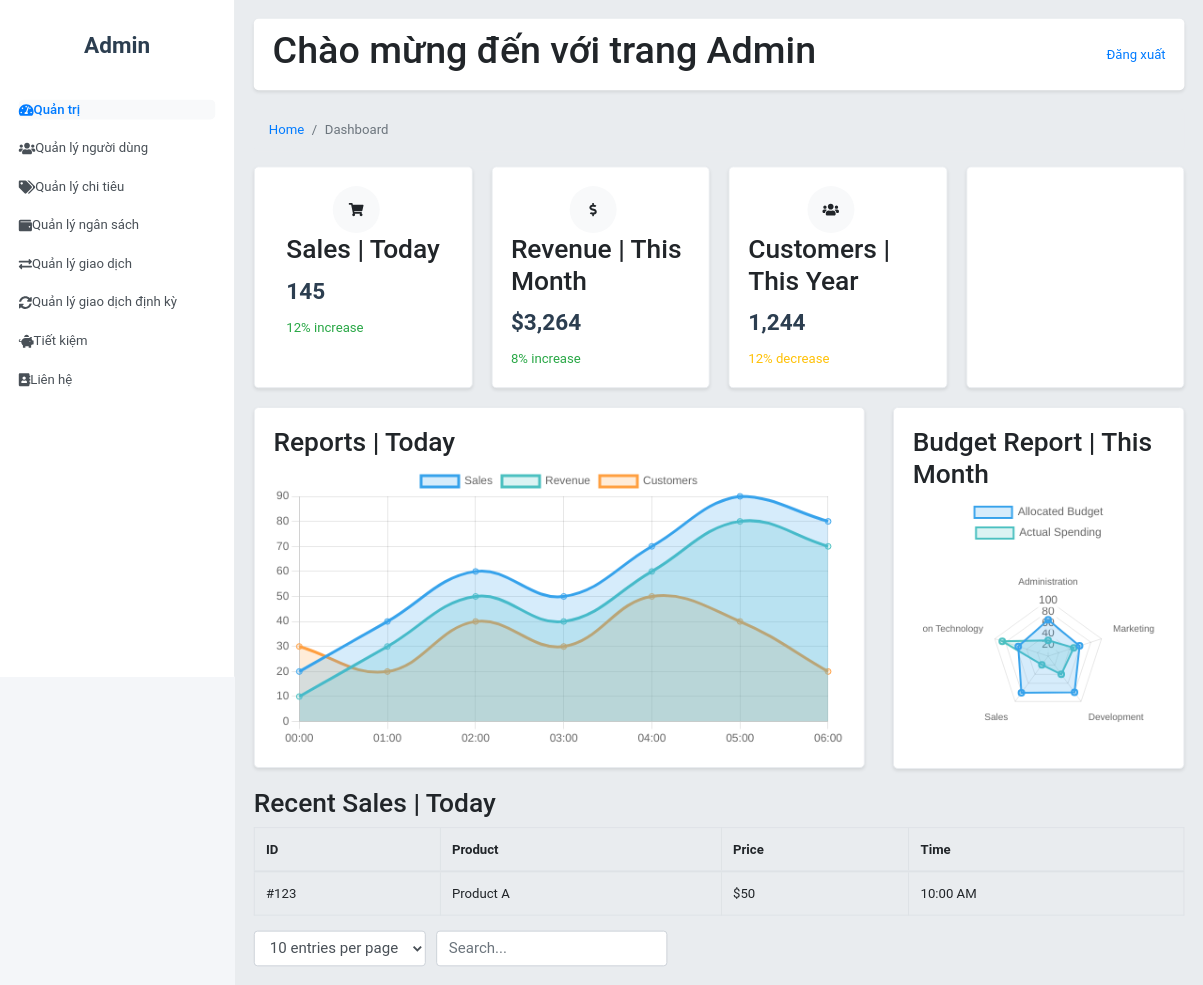
Repository: PhanVanHoa051204/Project3
Page: http://localhost/Project3/dashboard.jsp
These files come from the project's save history. The page is drawn as it stood at one moment and after the next save; the edit follows.
The browser window is 1280 px wide. The pictures show the whole page, at 94% of full size.
The page is served by Tomcat 9. Other server files are loaded and not shown.

Above is the page before, as saved 2025-03-14 18:38:38.

### PhanVanHoa_2210900023_K22CNT1/Project3/src/main/webapp/dashboard.jsp
<%@ page language="java" contentType="text/html; charset=UTF-8"
	pageEncoding="UTF-8"%>
<!DOCTYPE html>
<html lang="en">
<head>
<meta charset="UTF-8">
<meta name="viewport" content="width=device-width, initial-scale=1.0">
<title>Admin</title>
<link rel="stylesheet"
	href="https://cdn.jsdelivr.net/npm/bootstrap@4.5.3/dist/css/bootstrap.min.css">
<script src="https://cdn.jsdelivr.net/npm/chart.js"></script>
<script
	src="https://cdnjs.cloudflare.com/ajax/libs/font-awesome/5.15.4/js/all.min.js"></script>
<link rel="stylesheet" href="style.css">
<script src="https://cdn.jsdelivr.net/npm/chart.js"></script>
</head>
<body>
	<div class="container-fluid">
		<div class="row">
			<!-- Sidebar -->
			<div class="sidebar">
				<div class="logo">Admin</div>
				<ul>
					<li class="active"><a href="#"><i
							class="fas fa-tachometer-alt"></i> Quản trị</a></li>
					<li><a
						href="${pageContext.request.contextPath}/NguoiDung/users.jsp"><i
							class="fas fa-users"></i> Quản lý người dùng</a></li>
					<li><a
						href="${pageContext.request.contextPath}/ChiTieu/categories.jsp"><i
							class="fas fa-tags"></i> Quản lý chi tiêu</a></li>
					<li><a
						href="${pageContext.request.contextPath}/NganSach/budgets.jsp"><i
							class="fas fa-wallet"></i> Quản lý ngân sách</a></li>
					<li><a
						href="${pageContext.request.contextPath}/GiaoDich/transactions.jsp"><i
							class="fas fa-exchange-alt"></i> Quản lý giao dịch</a></li>
					<li><a
						href="${pageContext.request.contextPath}/GDDinhKy/recurringtransactions.jsp"><i
							class="fas fa-sync-alt"></i> Quản lý giao dịch định kỳ</a></li>
					<li><a
						href="${pageContext.request.contextPath}/TietKiem/goals.jsp"><i
							class="fas fa-piggy-bank"></i> Tiết kiệm</a></li>
					<li><a href="https://web.facebook.com/PhanHoa05122004"><i
							class="fas fa-address-book"></i> Liên hệ</a></li>
				</ul>
			</div>

			<!-- Main Content -->
			<div class="main-content">
				<header>
					<div class="">
						<h1>Chào mừng đến với trang Admin</h1>
					</div>
					<div class="submit-section">
						<a href="login.jsp" class="logout-btn">Đăng xuất</a>
					</div>
				</header>

				<!-- Dashboard Content -->
				<div class="dashboard-content">
					<nav aria-label="breadcrumb">
						<ol class="breadcrumb">
							<li class="breadcrumb-item"><a href="dashboard.jsp">Home</a></li>
							<li class="breadcrumb-item active" aria-current="page">Dashboard</li>
						</ol>
					</nav>

					<div class="cards">
						<div class="card stats-card">
							<div class="card-icon">
								<i class="fas fa-shopping-cart"></i>
							</div>
							<div class="card-content">
								<h3>Sales | Today</h3>
								<p class="stats-value">145</p>
								<span class="stats-change text-success">12% increase</span>
							</div>
						</div>
						<div class="card stats-card">
							<div class="card-icon">
								<i class="fas fa-dollar-sign"></i>
							</div>
							<div class="card-content">
								<h3>Revenue | This Month</h3>
								<p class="stats-value">$3,264</p>
								<span class="stats-change text-success">8% increase</span>
							</div>
						</div>
						<div class="card stats-card">
							<div class="card-icon">
								<i class="fas fa-users"></i>
							</div>
							<div class="card-content">
								<h3>Customers | This Year</h3>
								<p class="stats-value">1,244</p>
								<span class="stats-change text-warning">12% decrease</span>
							</div>
						</div>
						<div class="card stats-card">
							<div class="card-content">
								<!-- <h3>Recent Activity | Today</h3>
								<ul class="activity-list">
									<li><span class="dot green"></span>32 min - Quia quaerere
										rem explicabo officiis beatae</li>
									<li><span class="dot red"></span>56 min - Voluptatem
										blanditiis blanditiis eveniet</li>
									<li><span class="dot blue"></span>2 hrs - Voluptates
										corrupti molestias voluptatem</li>
									<li><span class="dot yellow"></span>1 day - Tempore autem
										saepe occaecati voluptatem tempore</li>
									<li><span class="dot grey"></span>4 weeks - Dicta dolorem
										harum nulla eius. Ut quidem quidem sit</li>
								</ul> -->
							</div>
						</div>
					</div>

					<div class="row">
						<div class="col-md-8">
							<div class="chart-section">
								<h3>Reports | Today</h3>
								<canvas id="reportsChart"></canvas>
							</div>
						</div>
						<div class="col-md-4">
							<div class="budget-report">
								<h3>Budget Report | This Month</h3>
								<canvas id="budgetChart"></canvas>
							</div>
						</div>
					</div>

					<div class="recent-sales">
						<h3>Recent Sales | Today</h3>
						<table class="table table-bordered">
							<thead>
								<tr>
									<th>ID</th>
									<th>Product</th>
									<th>Price</th>
									<th>Time</th>
								</tr>
							</thead>
							<tbody>
								<tr>
									<td>#123</td>
									<td>Product A</td>
									<td>$50</td>
									<td>10:00 AM</td>
								</tr>
							</tbody>
						</table>
						<div class="table-footer">
							<select class="form-control d-inline-block w-auto">
								<option>10 entries per page</option>
							</select> <input type="text"
								class="form-control d-inline-block w-auto ml-2"
								placeholder="Search...">
						</div>
					</div>
				</div>
			</div>
		</div>
	</div>

	<!-- Scripts -->
	<script>
		// Reports Chart
		const reportsCtx = document.getElementById('reportsChart').getContext(
				'2d');
		new Chart(reportsCtx, {
			type : 'line',
			data : {
				labels : [ '00:00', '01:00', '02:00', '03:00', '04:00',
						'05:00', '06:00' ],
				datasets : [ {
					label : 'Sales',
					data : [ 20, 40, 60, 50, 70, 90, 80 ],
					borderColor : 'rgba(54, 162, 235, 1)',
					backgroundColor : 'rgba(54, 162, 235, 0.2)',
					fill : true,
					tension : 0.4
				}, {
					label : 'Revenue',
					data : [ 10, 30, 50, 40, 60, 80, 70 ],
					borderColor : 'rgba(75, 192, 192, 1)',
					backgroundColor : 'rgba(75, 192, 192, 0.2)',
					fill : true,
					tension : 0.4
				}, {
					label : 'Customers',
					data : [ 30, 20, 40, 30, 50, 40, 20 ],
					borderColor : 'rgba(255, 159, 64, 1)',
					backgroundColor : 'rgba(255, 159, 64, 0.2)',
					fill : true,
					tension : 0.4
				} ]
			},
			options : {
				scales : {
					y : {
						beginAtZero : true
					}
				}
			}
		});

		// Budget Chart (Radar Chart)
		const budgetCtx = document.getElementById('budgetChart').getContext(
				'2d');
		new Chart(budgetCtx, {
			type : 'radar',
			data : {
				labels : [ 'Administration', 'Marketing', 'Development',
						'Sales', 'on Technology' ],
				datasets : [ {
					label : 'Allocated Budget',
					data : [ 65, 59, 80, 81, 56 ],
					backgroundColor : 'rgba(54, 162, 235, 0.2)',
					borderColor : 'rgba(54, 162, 235, 1)',
					borderWidth : 2
				}, {
					label : 'Actual Spending',
					data : [ 28, 48, 40, 19, 86 ],
					backgroundColor : 'rgba(75, 192, 192, 0.2)',
					borderColor : 'rgba(75, 192, 192, 1)',
					borderWidth : 2
				} ]
			},
			options : {
				scales : {
					r : {
						beginAtZero : true
					}
				}
			}
		});
	</script>
</html>

### PhanVanHoa_2210900023_K22CNT1/Project3/src/main/webapp/style.css
* {
    margin: 0;
    padding: 0;
    box-sizing: border-box;
    font-family: 'Roboto', sans-serif;
}

body {
    background-color: #f4f6f9;
    font-size: 14px;
    min-height: 100vh;
    overflow-x: hidden; /* Ngăn cuộn ngang */
}

.wrapper {
    display: flex;
    min-height: 100vh;
}

/* Sidebar */
.sidebar {
    width: 250px;
    background-color: #fff;
    padding: 20px 0;
    border-right: 1px solid #e9ecef;
    height: 100vh;
    position: fixed; /* Giữ sidebar cố định */
    top: 0;
    left: 0;
    overflow-y: auto; /* Cho phép cuộn nếu sidebar dài */
    z-index: 1000;
}

.logo {
    font-size: 24px;
    font-weight: 700;
    color: #2c3e50;
    text-align: center;
    padding: 10px 0;
    margin-bottom: 20px;
}

.sidebar ul {
    list-style: none;
    padding: 0;
}

.sidebar ul li {
    padding: 10px 20px;
}

.sidebar ul li a {
    color: #495057;
    text-decoration: none;
    display: flex;
    align-items: center;
    transition: all 0.3s;
}

.sidebar ul li a i {
    margin-right: 10px;
}

.sidebar ul li.active a, .sidebar ul li a:hover {
    color: #007bff;
    background-color: #f8f9fa;
    border-radius: 5px;
}

.sidebar ul li.active a {
    font-weight: 500;
}

/* Main Content */
.main-content {
    margin-left: 250px; /* Bù đắp chiều rộng sidebar */
    padding: 20px;
    flex: 1;
    min-height: 100vh; /* Đảm bảo main content chiếm toàn bộ chiều cao */
    background-color: #e9ecef;
    overflow-y: auto; /* Cho phép main content cuộn */
    position: relative; /* Đảm bảo main content không bị che */
    z-index: 1; /* Đặt z-index thấp hơn sidebar */
}

header {
    display: flex;
    justify-content: space-between;
    align-items: center;
    margin-bottom: 20px;
    background: #fff;
    padding: 10px 20px;
    border-radius: 5px;
    box-shadow: 0 2px 4px rgba(0, 0, 0, 0.1);
    position: sticky; /* Giữ header cố định khi cuộn */
    top: 0;
    z-index: 10; /* Đảm bảo header hiển thị trên các phần khác */
}

.header-title .breadcrumb {
    background: transparent;
    padding: 0;
    margin: 0;
}

.header-title .breadcrumb-item a {
    color: #495057;
}

.header-title .breadcrumb-item.active {
    color: #007bff;
}

.logout-btn .btn {
    padding: 5px 15px;
    background-color: #dc3545;
    border: none;
}

.logout-btn .btn:hover {
    background-color: #c82333;
}

.dashboard-content {
    padding: 0;
}

.cards {
    display: flex;
    justify-content: space-between;
    margin-bottom: 20px;
    gap: 20px;
    flex-wrap: wrap;
}

.card {
    background: #fff;
    border: 1px solid #e9ecef;
    border-radius: 5px;
    padding: 20px;
    box-shadow: 0 2px 4px rgba(0, 0, 0, 0.1);
    flex: 1;
    min-width: 200px;
    display: flex;
    align-items: center;
    transition: transform 0.3s;
}

.card:hover {
    transform: translateY(-5px);
}

.card-icon {
    width: 50px;
    height: 50px;
    background: #f8f9fa;
    border-radius: 50%;
    display: flex;
    align-items: center;
    justify-content: center;
    margin-right: 15px;
}

.card-icon i {
    font-size: 24px;
    color: #6c757d;
}

.card-content {
    flex: 1;
    text-align: left;
}

.stats-value {
    font-size: 24px;
    font-weight: 700;
    color: #2c3e50;
    margin: 10px 0;
}

.stats-change {
    font-size: 14px;
    display: block;
}

.text-success {
    color: #28a745;
}

.text-warning {
    color: #ffc107;
}

.activity-list {
    list-style: none;
    padding: 0;
    margin-top: 10px;
}

.activity-list li {
    padding: 5px 0;
    display: flex;
    align-items: center;
}

.dot {
    height: 10px;
    width: 10px;
    border-radius: 50%;
    display: inline-block;
    margin-right: 10px;
}

.dot.green { background-color: #28a745; }
.dot.red { background-color: #dc3545; }
.dot.blue { background-color: #007bff; }
.dot.yellow { background-color: #ffc107; }
.dot.grey { background-color: #6c757d; }

.chart-section, .budget-report {
    background: #fff;
    border: 1px solid #e9ecef;
    border-radius: 5px;
    padding: 20px;
    margin-bottom: 20px;
    box-shadow: 0 2px 4px rgba(0, 0, 0, 0.1);
}

.chart-section canvas {
    max-height: 300px;
    width: 100%;
}

.dummy-content {
    margin-top: 20px;
    padding: 20px;
    background-color: #f8f9fa;
}

After the next save:
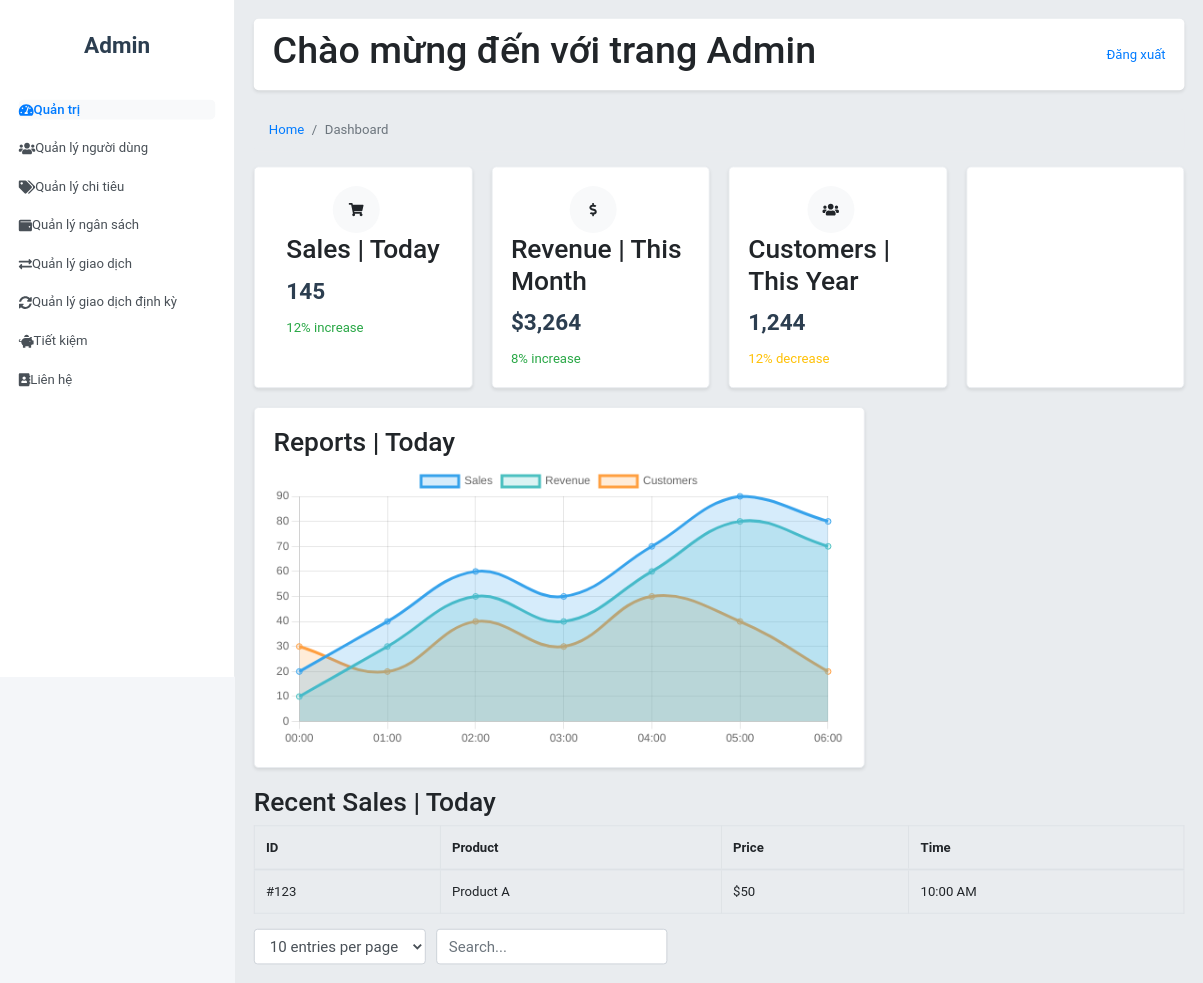
Console error: TypeError: Cannot read properties of null (reading 'getContext')
Saved 31 s later.
--- a/PhanVanHoa_2210900023_K22CNT1/Project3/src/main/webapp/dashboard.jsp
+++ b/PhanVanHoa_2210900023_K22CNT1/Project3/src/main/webapp/dashboard.jsp
@@ -123,12 +123,12 @@
 								<canvas id="reportsChart"></canvas>
 							</div>
 						</div>
-						<div class="col-md-4">
+						<!-- <div class="col-md-4">
 							<div class="budget-report">
 								<h3>Budget Report | This Month</h3>
 								<canvas id="budgetChart"></canvas>
 							</div>
-						</div>
+						</div> -->
 					</div>
 
 					<div class="recent-sales">
